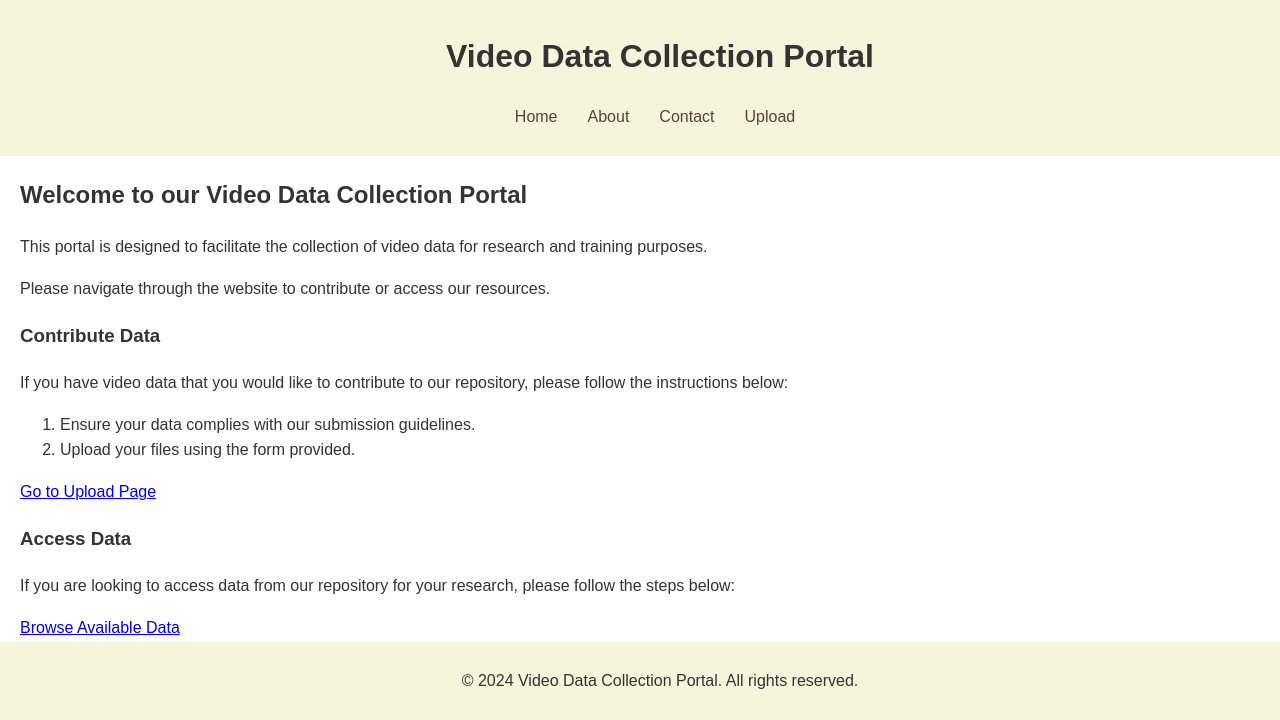
Repository: Oren93/sign_lang_data
Page: / (app in frontend/sign-lang-ui/)
The author's editor kept a copy of each file at every save. The page is drawn from the files as they stood at one save, then again after the next save.
The browser window is 1280 px wide. The pictures show the whole page.
The project was rebuilt for these pictures with package versions that can differ from the ones it lists, and the page was loaded fresh each time. Also part of the build but not shown: frontend/sign-lang-ui/vite.config.ts, frontend/sign-lang-ui/src/pages/About.tsx, frontend/sign-lang-ui/src/pages/Contact.tsx, frontend/sign-lang-ui/src/pages/Upload.tsx.

Above is the page before, as saved 2024-06-09 23:02:23.

### frontend/sign-lang-ui/src/main.tsx
// src/main.tsx
import React from 'react';
import ReactDOM from 'react-dom/client';
import { BrowserRouter as Router, Routes, Route } from 'react-router-dom';
import App from './App';
import './index.css';

const root = ReactDOM.createRoot(document.getElementById('root') as HTMLElement);
root.render(
  <React.StrictMode>
    <Router>
      <Routes>
        <Route path="/*" element={<App />} />
      </Routes>
    </Router>
  </React.StrictMode>
);

### frontend/sign-lang-ui/src/App.tsx
// src/App.tsx
import React, { useEffect } from 'react';
import { Routes, Route } from 'react-router-dom';
import Header from './components/Header';
import Footer from './components/Footer';
import Home from './pages/Home';
import About from './pages/About';
import Contact from './pages/Contact';
import Upload from './pages/Upload';

const App: React.FC = () => {
  useEffect(() => {
    const adjustMainPadding = () => {
      const headerHeight = document.querySelector('header')?.offsetHeight || 0;
      const footerHeight = document.querySelector('footer')?.offsetHeight || 0;
      const mainElement = document.querySelector('main');

      if (mainElement) {
        mainElement.style.paddingTop = `${headerHeight}px`;
        mainElement.style.paddingBottom = `${footerHeight}px`;
      }
    };

    // Adjust padding on load and window resize
    window.onload = adjustMainPadding;
    window.onresize = adjustMainPadding;

    // Initial adjustment
    adjustMainPadding();

    // Cleanup on unmount
    return () => {
      window.removeEventListener('resize', adjustMainPadding);
    };
  }, []);

  return (
    <div>
      <Header />
      <Routes>
        <Route path="/" element={<Home />} />
        <Route path="/about" element={<About />} />
        <Route path="/contact" element={<Contact />} />
        <Route path="/upload" element={<Upload />} />
      </Routes>
      <Footer />
    </div>
  );
};

export default App;

### frontend/sign-lang-ui/src/index.css
/* src/index.css */

/* General body styles */
html, body {
  font-family: Arial, sans-serif;
  line-height: 1.6;
  margin: 0;
  padding: 0;
  background: #f4f4f4;
  color: #333;
  height: 100vh;
  overflow: auto;
}

/* Header styles */
header {
  position: fixed;
  top: 0;
  left: 0;
  width: 100%;
  background: #f5f5dc;
  color: #333;
  padding: 10px 20px;
  z-index: 1000;
  text-align: center;
}

nav ul {
  list-style: none;
  padding: 0;
}

nav ul li {
  display: inline;
  margin-right: 10px;
}

nav ul li a {
  color: #5C4033;
  text-decoration: none;
  padding: 5px 10px;
}

/* Main section styles */
main {
  position: relative;
  overflow-y: auto;
  padding-left: 20px;
  padding-right: 20px;
  background: #fff;
  transition: padding-top 0.3s ease, padding-bottom 0.3s ease; /* Smooth transitions for padding adjustments */
  padding-top: 0; /* Initially set to 0 */
  padding-bottom: 0; /* Initially set to 0 */
}

section {
  margin-bottom: 20px;
}

/* Footer styles */
footer {
  position: fixed;
  bottom: 0;
  left: 0;
  width: 100%;
  background: #f5f5dc;
  color: #333;
  padding: 10px 20px;
  z-index: 1000;
  text-align: center;
}

/* Link hover effect */
nav ul li a:hover {
  color: #8B4513;
  text-decoration: underline;
}

@media (max-width: 768px) {
  nav ul {
      text-align: center;
  }

  nav ul li {
      display: block;
      margin-bottom: 10px;
  }

  main {
      margin: 10px;
  }
}

/* Form styles */
form {
  max-width: 500px;
  margin: 20px auto;
  padding: 20px;
  background: #f8f8f8;
  border: 1px solid #ddd;
}

label {
  display: block;
  margin-bottom: 10px;
}

input[type="file"] {
  margin-bottom: 20px;
}

button {
  background: #333;
  color: #fff;
  border: none;
  padding: 10px 20px;
  cursor: pointer;
}

button:hover {
  background: #555;
}

### frontend/sign-lang-ui/src/components/Header.tsx
// src/components/Header.tsx
import React from 'react';
import { Link } from 'react-router-dom';

const Header: React.FC = () => {
  return (
    <header>
      <h1>Video Data Collection Portal</h1>
      <nav>
        <ul>
          <li><Link to="/">Home</Link></li>
          <li><Link to="/about">About</Link></li>
          <li><Link to="/contact">Contact</Link></li>
          <li><Link to="/upload">Upload</Link></li>
        </ul>
      </nav>
    </header>
  );
};

export default Header;

### frontend/sign-lang-ui/src/components/Footer.tsx
// src/components/Footer.tsx
import React from 'react';

const Footer: React.FC = () => {
  return (
    <footer>
      <p>&copy; 2024 Video Data Collection Portal. All rights reserved.</p>
    </footer>
  );
};

export default Footer;

### frontend/sign-lang-ui/src/pages/Home.tsx
// src/pages/Home.tsx
import React from 'react';

const Home: React.FC = () => {
  return (
    <main>
      <section>
        <h2>Welcome to our Video Data Collection Portal</h2>
        <p>This portal is designed to facilitate the collection of video data for research and training purposes.</p>
        <p>Please navigate through the website to contribute or access our resources.</p>
      </section>
      <section>
        <h3>Contribute Data</h3>
        <p>If you have video data that you would like to contribute to our repository, please follow the instructions below:</p>
        <ol>
          <li>Ensure your data complies with our submission guidelines.</li>
          <li>Upload your files using the form provided.</li>
        </ol>
        <a href="/upload">Go to Upload Page</a>
      </section>
      <section>
        <h3>Access Data</h3>
        <p>If you are looking to access data from our repository for your research, please follow the steps below:</p>
        <a href="/browse">Browse Available Data</a>
      </section>
    </main>
  );
};

export default Home;

Loaded but not shown: frontend/sign-lang-ui/index.html (common file)

After the next save:
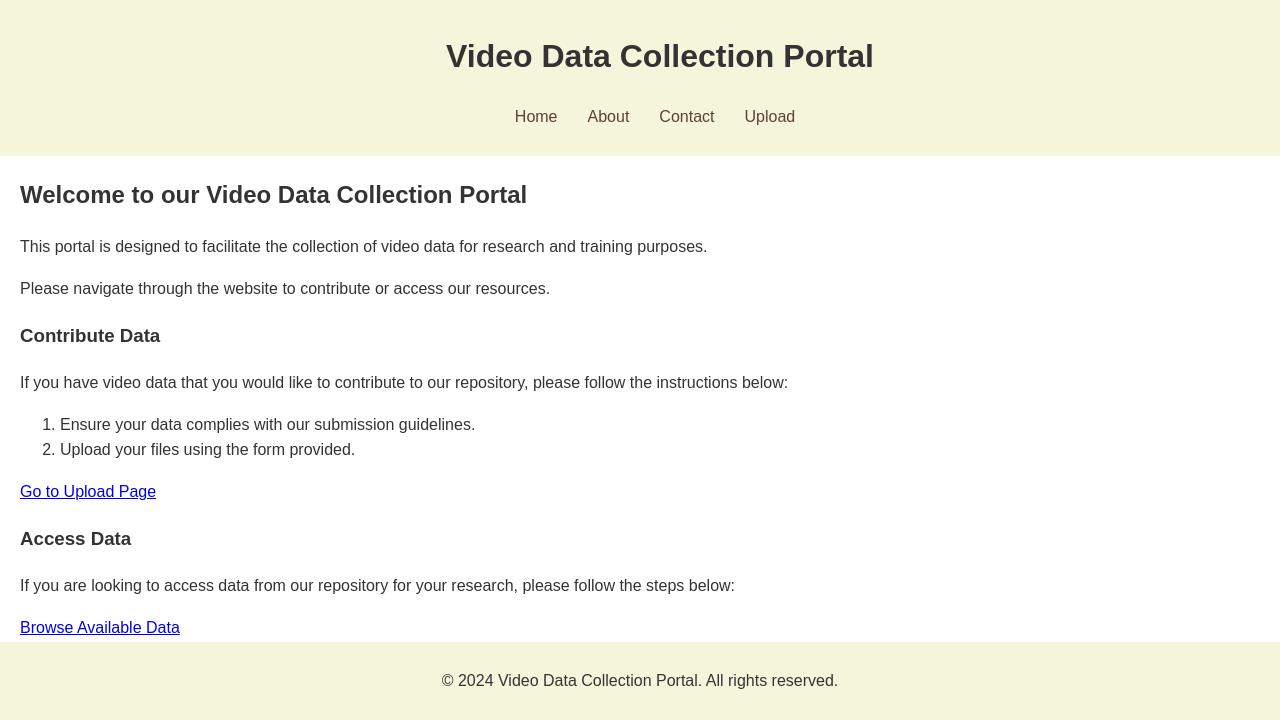
Saved 11 s later.
--- a/frontend/sign-lang-ui/src/index.css
+++ b/frontend/sign-lang-ui/src/index.css
@@ -68,8 +68,8 @@ footer {
   padding: 10px 20px;
   z-index: 1000;
   text-align: center;
+  box-sizing: border-box; /* Ensures padding is included in the element's total width and height */
 }
-
 /* Link hover effect */
 nav ul li a:hover {
   color: #8B4513;
